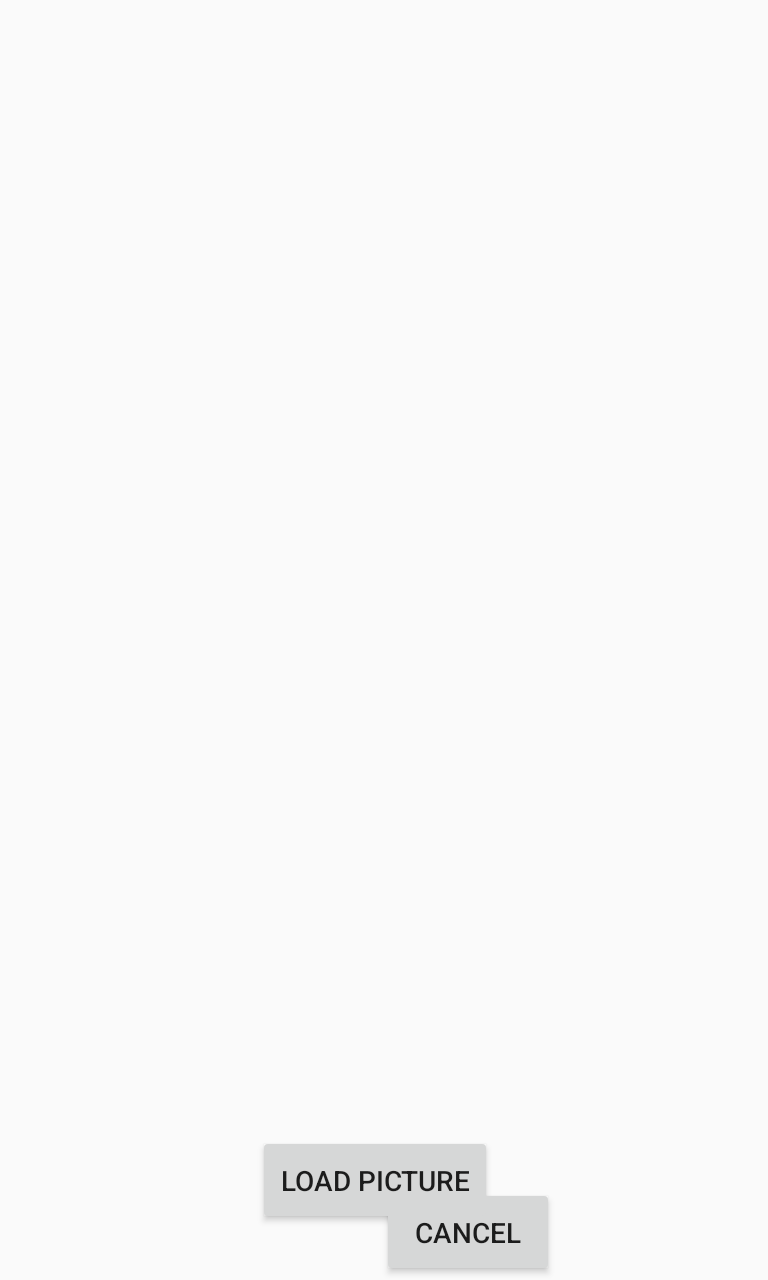
Repository: fareehaamjad/SMI-Image-Sharing-Application
Layout: SecurePictureTransfer/res/layout/activity_main.xml
The author's editor kept a copy of each file at every save. The layout is drawn from the files as they stood at one save, then again after the next save.
It is drawn on a 768 x 1280 px phone screen (xhdpi) without system bars, with theme AppTheme; the app's code is not run.

Above is the layout before, as saved 2014-04-22 09:45:24.

### SecurePictureTransfer/res/layout/activity_main.xml
<?xml version="1.0" encoding="utf-8"?>
<RelativeLayout xmlns:android="http://schemas.android.com/apk/res/android"
    android:orientation="vertical"
    android:layout_width="fill_parent"
    android:layout_height="fill_parent"
    >
	<ImageView
			android:id="@+id/imgView"
			android:layout_width="fill_parent"
			android:layout_weight="1" android:layout_height="wrap_content"></ImageView>

	<Button
	    android:id="@+id/send"
	    android:layout_width="wrap_content"
	    android:layout_height="wrap_content"
	    android:layout_alignParentBottom="true"
	    android:layout_alignParentLeft="true"
	    android:layout_marginLeft="20dp"
	    android:layout_weight="0"
	    android:visibility="invisible"
	    android:text="Send this Picture" />

	<Button
	    android:id="@+id/cancel"
	    android:layout_width="wrap_content"
	    android:layout_height="wrap_content"
	    android:layout_alignParentBottom="true"
	    android:layout_marginLeft="16dp"
	    android:layout_toRightOf="@+id/send"
	    android:layout_weight="0"
	    android:text="Cancel" />

	<Button
	    android:id="@+id/buttonLoadPicture"
	    android:layout_width="wrap_content"
	    android:layout_height="wrap_content"
	    android:layout_alignParentBottom="true"
	    android:layout_alignRight="@+id/cancel"
	    android:layout_marginBottom="26dp"
	    android:layout_marginRight="31dp"
	    android:layout_weight="0"
	    android:text="Load Picture" />

</RelativeLayout>

Loaded but not shown: SecurePictureTransfer/res/values/styles.xml (common file); SecurePictureTransfer/res/values-v11/styles.xml (common file); SecurePictureTransfer/res/values-v14/styles.xml (common file)

After the next save:
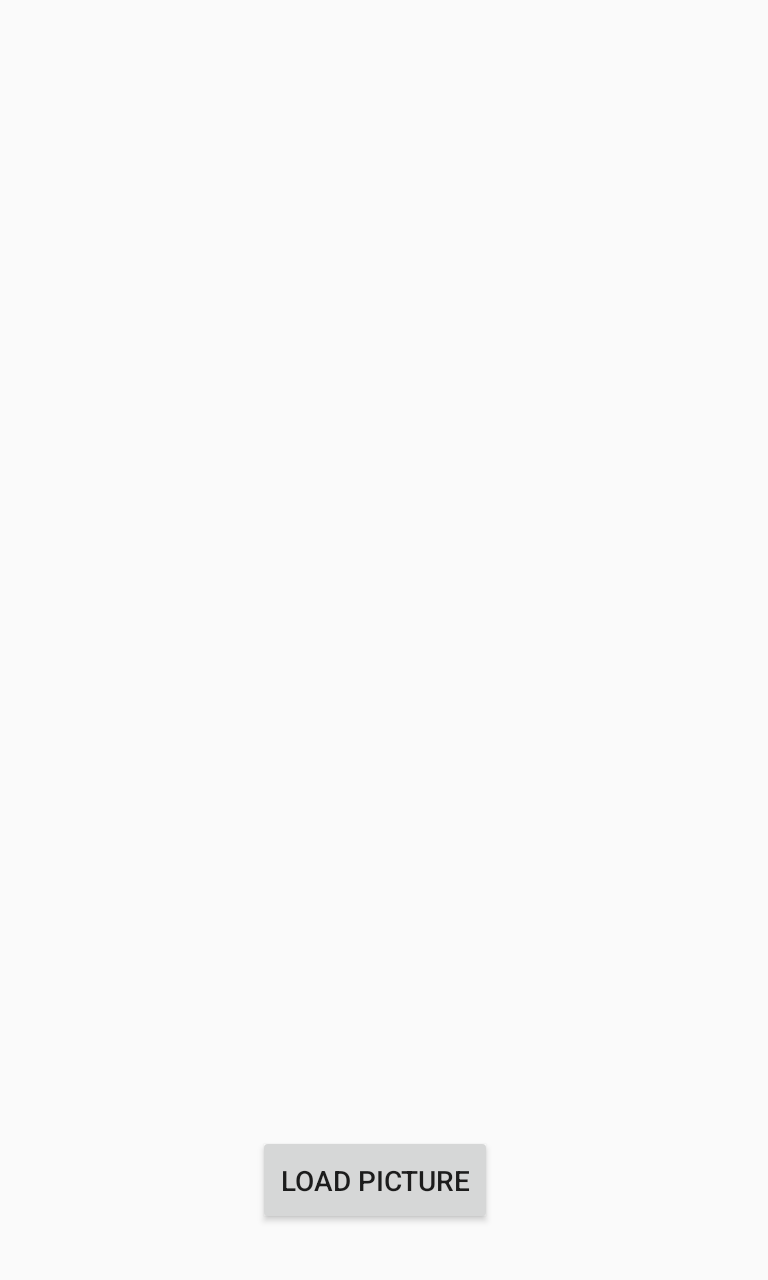
Saved 15 s later.
--- a/SecurePictureTransfer/res/layout/activity_main.xml
+++ b/SecurePictureTransfer/res/layout/activity_main.xml
@@ -27,6 +27,7 @@
 	    android:layout_alignParentBottom="true"
 	    android:layout_marginLeft="16dp"
 	    android:layout_toRightOf="@+id/send"
+	    android:visibility="invisible"
 	    android:layout_weight="0"
 	    android:text="Cancel" />
 
